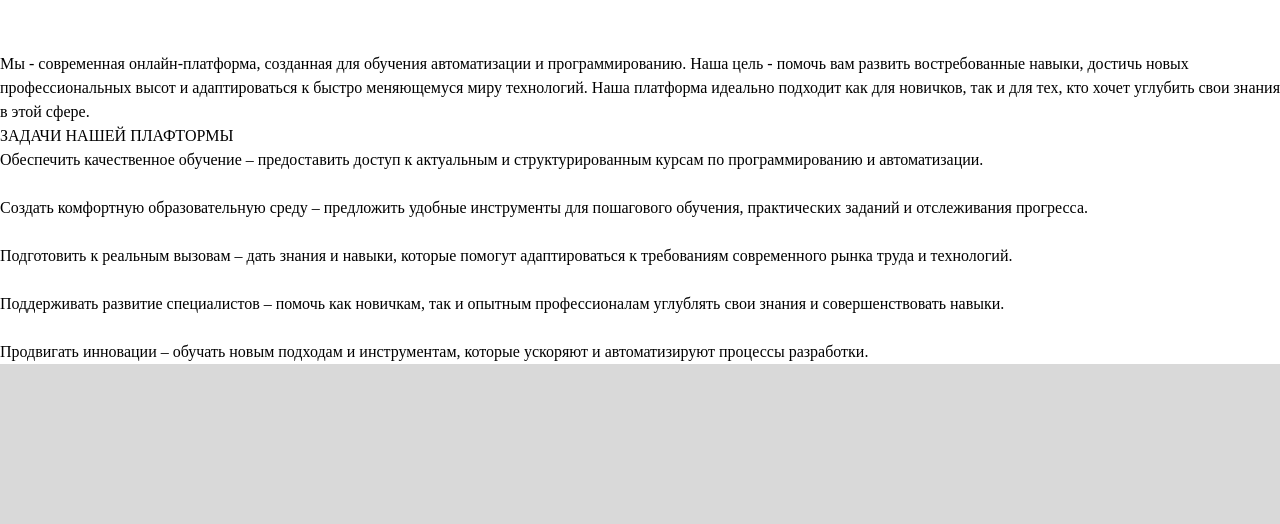
Repository: marjango/course
Page: /aboutus
The author's editor kept a copy of each file at every save. The page is drawn from the files as they stood at one save, then again after the next save.
The browser window is 1280 px wide. The pictures show the part of the page from y = 1280 to 2036 px (the page is 1804 px tall before and 2036 px after).
The project was rebuilt for these pictures with package versions that can differ from the ones it lists, and the page was loaded fresh each time. The framework's server and built-in components were replaced by stand-ins that run in the browser. Also part of the build but not shown: next.config.ts.

Above is the page before, as saved 2025-03-26 22:35:30.

After the next save:
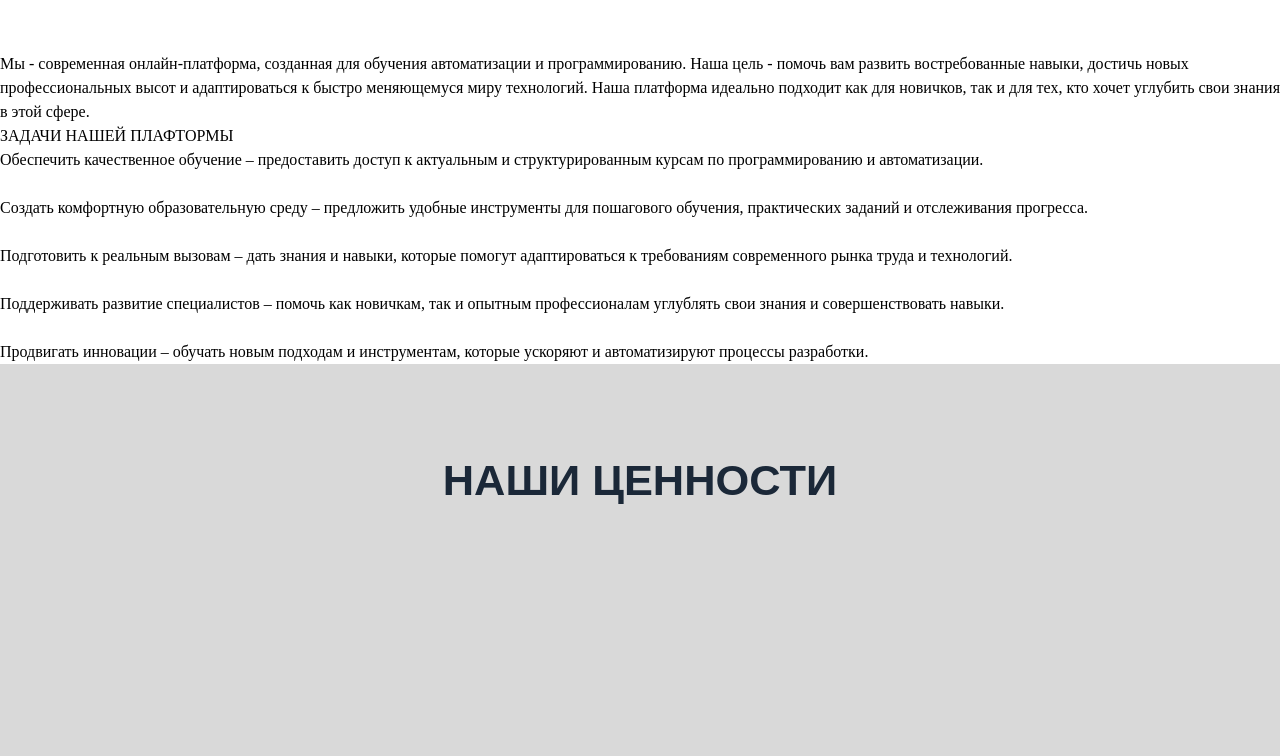
Saved 10 s later.
--- a/app/aboutus/page.tsx
+++ b/app/aboutus/page.tsx
@@ -63,7 +63,7 @@ const aboutus = () => {
         </p>
       </div>
       <div className={s.values}>
-
+        <h1>Наши ценности</h1>
       </div>
     </>
   );
